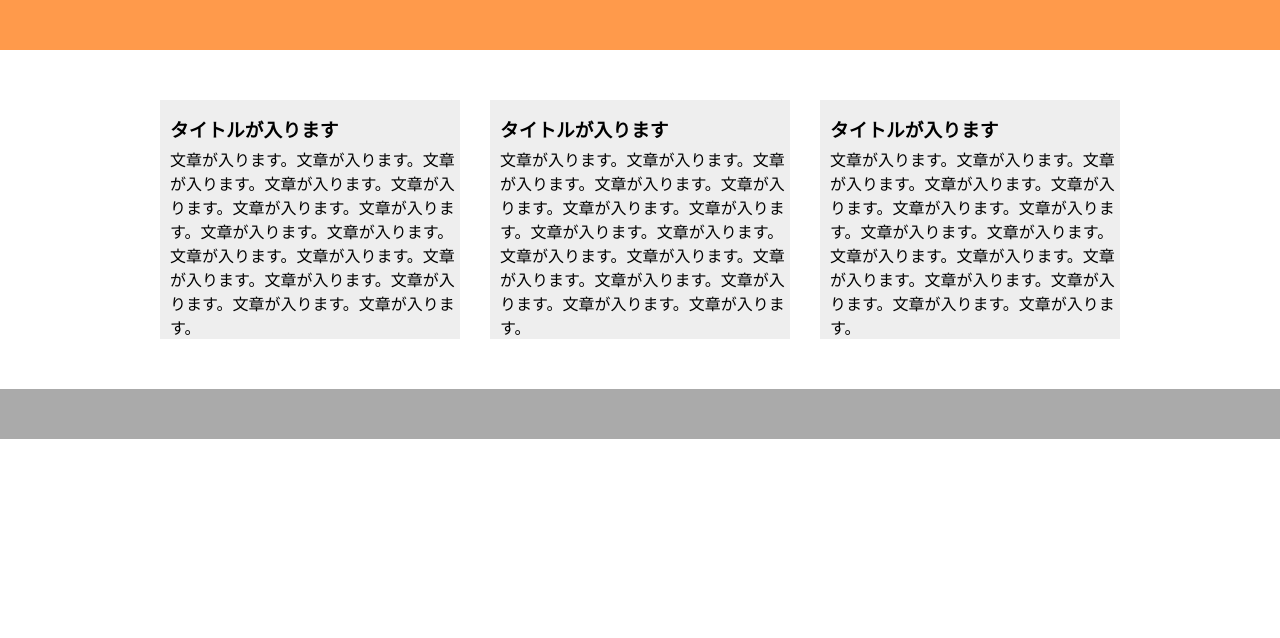
Repository: obm48er/all
Page: ennsyuu/演習問題９/index.html
The author's editor kept a record of every edit. The page is drawn from the files as they stood at one moment, then again after the next edit.
The browser window is 1280 px wide. The pictures show the whole page.

Above is the page before.

### ennsyuu/演習問題９/index.html
<!DOCTYPE html>
<html lang="ja">
  <head>
    <meta charset="UTF-8" />


    <link rel="stylesheet" href="style.css" />
    <title>CARAVAN</title>
  </head>
  <body>
    <header>

    </header>
    <main>
      <div class="box1">
        <div class="box-image1"></div>
        <h3 class="text-title">タイトルが入ります</h3>
        <p class="text">文章が入ります。文章が入ります。文章が入ります。文章が入ります。文章が入ります。文章が入ります。文章が入ります。文章が入ります。文章が入ります。文章が入ります。文章が入ります。文章が入ります。文章が入ります。文章が入ります。文章が入ります。文章が入ります。</p>
      </div>
      <div class="box1">
        <div class="box-image1"></div>
        <h3 class="text-title">タイトルが入ります</h3>
        <p class="text">文章が入ります。文章が入ります。文章が入ります。文章が入ります。文章が入ります。文章が入ります。文章が入ります。文章が入ります。文章が入ります。文章が入ります。文章が入ります。文章が入ります。文章が入ります。文章が入ります。文章が入ります。文章が入ります。</p>
      </div>
      <div class="box1">
        <div class="box-image1"></div>
        <h3 class="text-title">タイトルが入ります</h3>
        <p class="text">文章が入ります。文章が入ります。文章が入ります。文章が入ります。文章が入ります。文章が入ります。文章が入ります。文章が入ります。文章が入ります。文章が入ります。文章が入ります。文章が入ります。文章が入ります。文章が入ります。文章が入ります。文章が入ります。</p>
      </div>
    </main>

  </body>
  <footer>

  </footer>

### ennsyuu/演習問題９/style.css
* {
  margin: 0;
  padding: 0;
  box-sizing: border-box;
}

header{
  height: 50px;
  background-color: #FF9A4B;
}
main{
  width: 960px;
  display:flex;
  justify-content:center;
  margin: 0 auto;
}
.step{
  position: absolute;
  top: 0;
  left: 0;
  background-color: #ff9a4b;
  color: #fff;
}
.box1{
  width: 300px;
  margin: 50px 0 ;
  background-color: #EEEEEE;
  margin-right: 30px;
  position: relative;
}
.box1:last-child{
  margin-right: 0;
}
.box-image{
  background-size: cover;
  height: 150px;
  margin:10px 10px 0 10px;
}
.box-image1{
  background-image: url(img/flow01.png)
}
.box-image2{
  background-image: url(img/flow02.png)
}
.box-image3{
  background-image: url(img/flow03.png)
}

.text-title{
  padding: 15px 0 5px 10px;
}
.text{
  margin-left: 10px;
}



footer{
  height: 50px;
  background-color: #AAAAAA;
}


@media screen and (max-width:768px) {

  main{
    width: 100%;
    margin: 50px 0;
    display:block;
  }

  .box1{
  width: 90%;
  margin:auto;
  background-color: #EEEEEE;
  margin-bottom:20px;
  position: relative;
  }
  .box1:last-child{
  margin-bottom: 0;
  margin: auto;
  }
}

After the next edit:
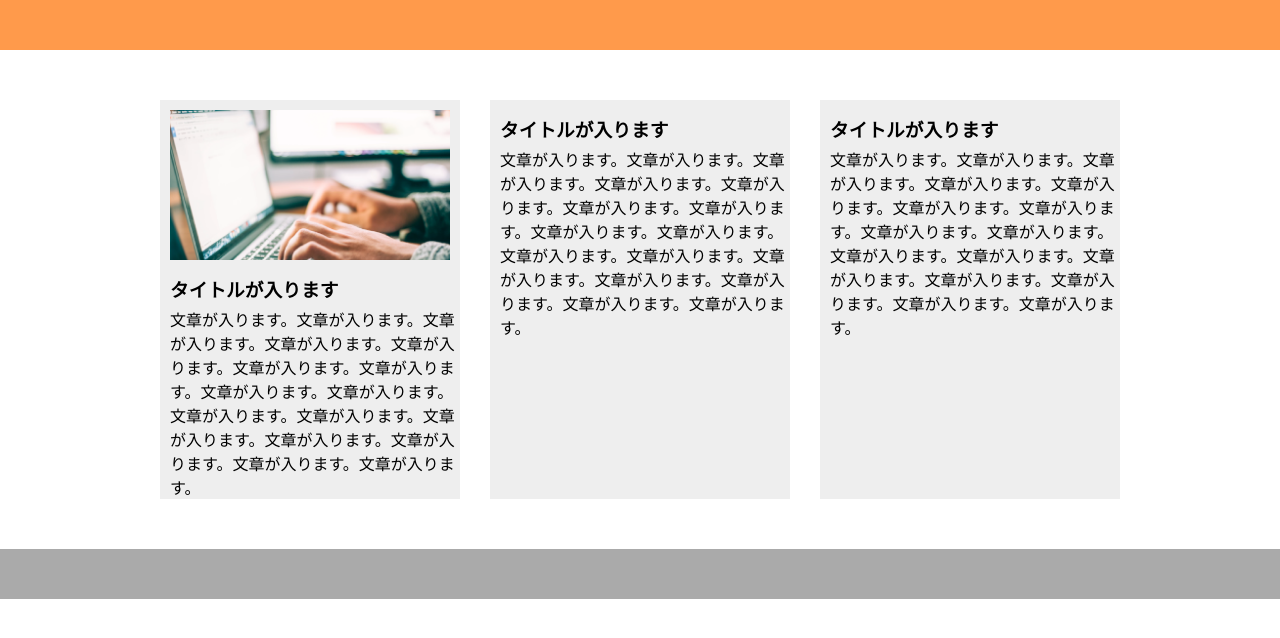
The edit:
--- a/ennsyuu/演習問題９/index.html
+++ b/ennsyuu/演習問題９/index.html
@@ -13,7 +13,7 @@
     </header>
     <main>
       <div class="box1">
-        <div class="box-image1"></div>
+        <div class="box-image box-image1"></div>
         <h3 class="text-title">タイトルが入ります</h3>
         <p class="text">文章が入ります。文章が入ります。文章が入ります。文章が入ります。文章が入ります。文章が入ります。文章が入ります。文章が入ります。文章が入ります。文章が入ります。文章が入ります。文章が入ります。文章が入ります。文章が入ります。文章が入ります。文章が入ります。</p>
       </div>
